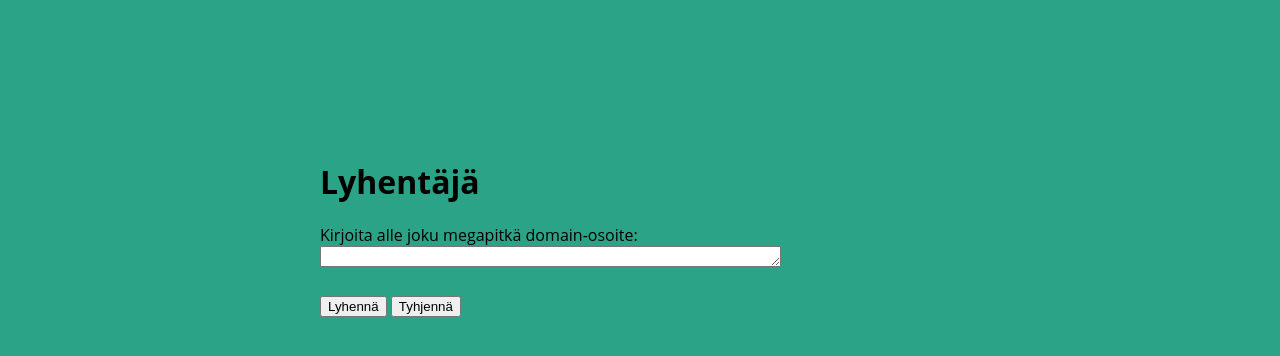
Repository: koodaajakige/knykanen
Page: public_html/redirect/lomake.html
The author's editor kept a copy of each file at every save. The page is drawn from the files as they stood at one save, then again after the next save.
The browser window is 1280 px wide. The pictures show the whole page.

Above is the page before, as saved 2023-01-12 12:16:15.

After the next save:
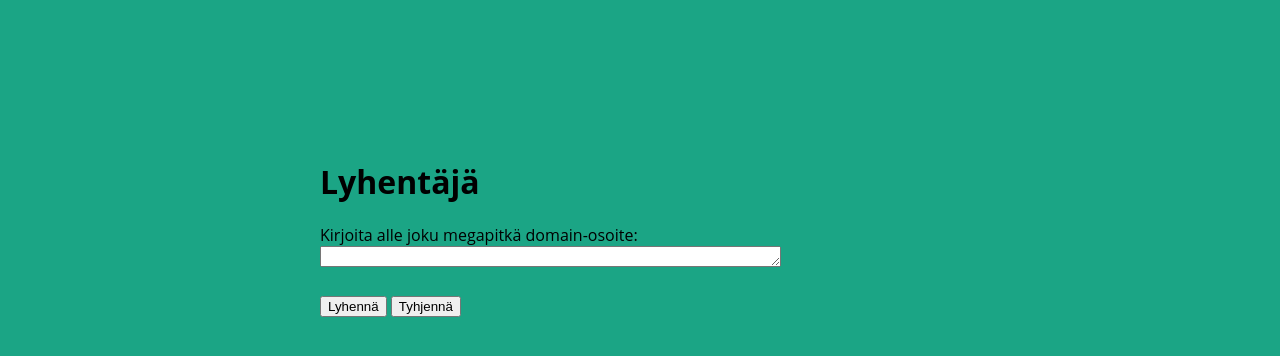
Saved 64 s later.
--- a/public_html/redirect/kigestyle.css
+++ b/public_html/redirect/kigestyle.css
@@ -2,7 +2,7 @@ body {
     font-family: 'Averia Serif Libre', cursive;
 	font-family: 'Open Sans', sans-serif;
     font-size: medium;
-    background-color: rgb(42, 163, 135);
+    background-color: rgb(27, 165, 133);
     max-width: 40em;
 	width: 90%;
 	margin: 10em auto;
